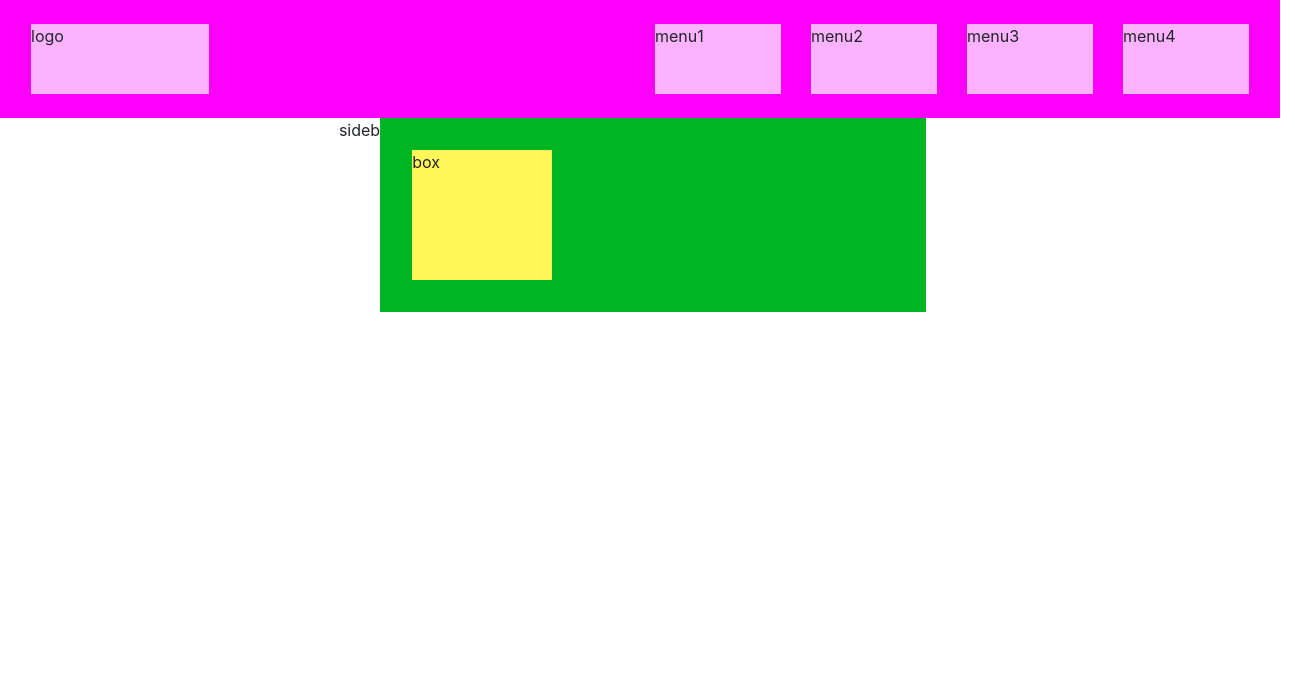
Repository: matuyama/dmm-webcamp
Page: bootstrap_practice/index.html
The author's editor kept a record of every edit. The page is drawn from the files as they stood at one moment, then again after the next edit.
The browser window is 1280 px wide. The page is 1295 px wide, so the pictures cover 1295 px, including what lies to the right of the window. The pictures show the whole page.

Above is the page before.

### bootstrap_practice/index.html
<!DOCTYPE html>
<html lang="ja">
  <head>
    <meta charset="utf8" />
    <title>23章演習</title>
    <link rel="stylesheet" href="https://cdn.jsdelivr.net/npm/bootstrap@4.6.2/dist/css/bootstrap.min.css"
    integrity="sha384-xOolHFLEh07PJGoPkLv1IbcEPTNtaed2xpHsD9ESMhqIYd0nLMwNLD69Npy4HI+N" crossorigin="anonymous">
    <link rel="stylesheet" href="style.css" />
  </head>

  <body>
    <div class="container-fluid">
      <div class="header row px-3 py-4">
        <div class="col-2">
          <div class="logo">logo</div>
        </div>
        <div class="col-6 offset-4">
          <div class="row">
            <div class="col-3">
              <div class="header-content">menu1</div>
            </div>
            <div class="col-3">
              <div class="header-content">menu2</div>
            </div>
            <div class="col-3">
              <div class="header-content">menu3</div>
            </div>
            <div class="col-3">
              <div class="header-content">menu4</div>
            </div>
          </div>
        </div>
      </div>
    </div>

    <!--justify-content-centerでflexの中央よせ-->
    <div class="main row justify-content-center">
      <div class="row row-col-2">
        sidebar
      </div>

      <div class="main-content col-5">
        <!--1行に3つのカラム-->
        <div class="row row-cols-3 p-3">
          <div class="col p-3">
            <div class="content">box</div>
          </div>
        </div>
      </div>

    </div>
  </body>

</html>

### bootstrap_practice/style.css
* {
  margin: 0;
  padding: 0;
  box-sizing: border-box;
}

.header{
  background-color: #ff00ff;
}

.logo {
  background-color: #fbb3ff;
  height: 70px;
}

.header-content{
  background-color: #fbb3ff;
  height: 70px;
}
.sidebar{
  background-color: #d8ffb6;
}

.main-content{
  background-color: #00b522;
}

.content{
  background-color: #fff75a;
  height:130px;
}

.footer{
  background-color: #52a1ff;
}

.footer-content{
  background-color: #b6e7ff;
  height: 40px;
}

After the next edit:
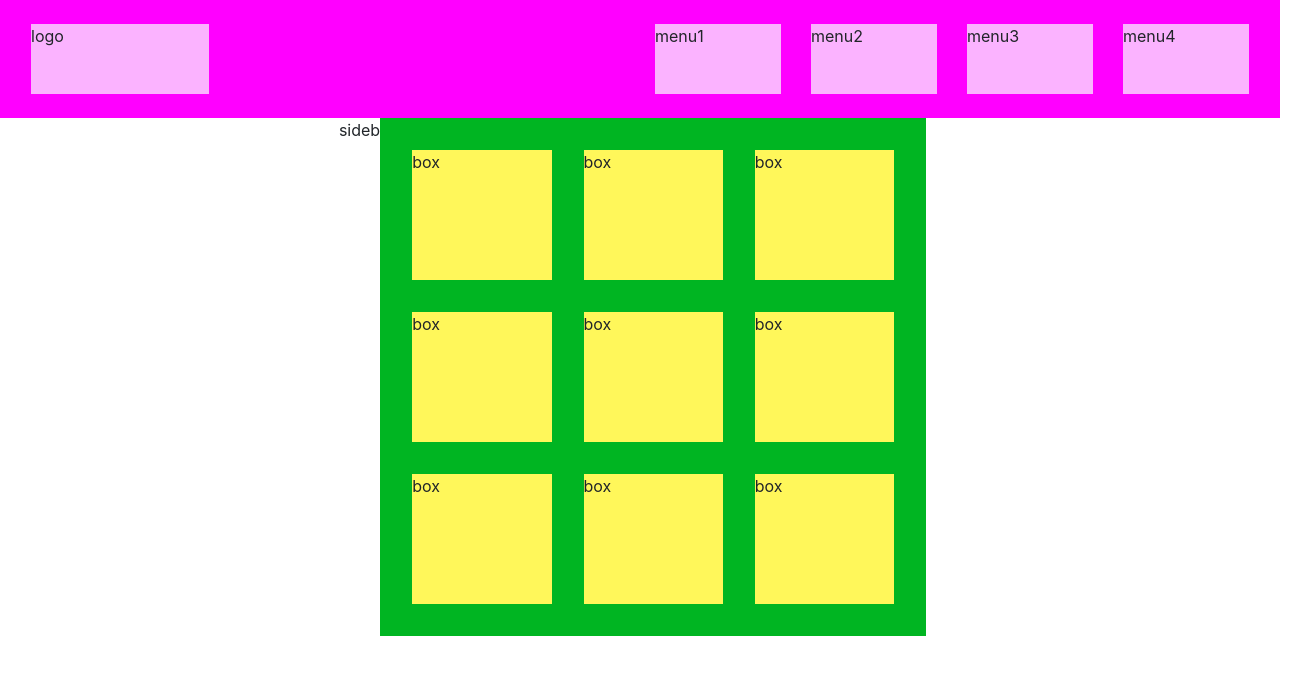
The edit:
--- a/bootstrap_practice/index.html
+++ b/bootstrap_practice/index.html
@@ -45,6 +45,30 @@
           <div class="col p-3">
             <div class="content">box</div>
           </div>
+          <div class="col p-3">
+            <div class="content">box</div>
+          </div>
+          <div class="col p-3">
+            <div class="content">box</div>
+          </div>
+          <div class="col p-3">
+            <div class="content">box</div>
+          </div>
+          <div class="col p-3">
+            <div class="content">box</div>
+          </div>
+          <div class="col p-3">
+            <div class="content">box</div>
+          </div>
+          <div class="col p-3">
+            <div class="content">box</div>
+          </div>
+          <div class="col p-3">
+            <div class="content">box</div>
+          </div>
+          <div class="col p-3">
+            <div class="content">box</div>
+          </div>
         </div>
       </div>
 
